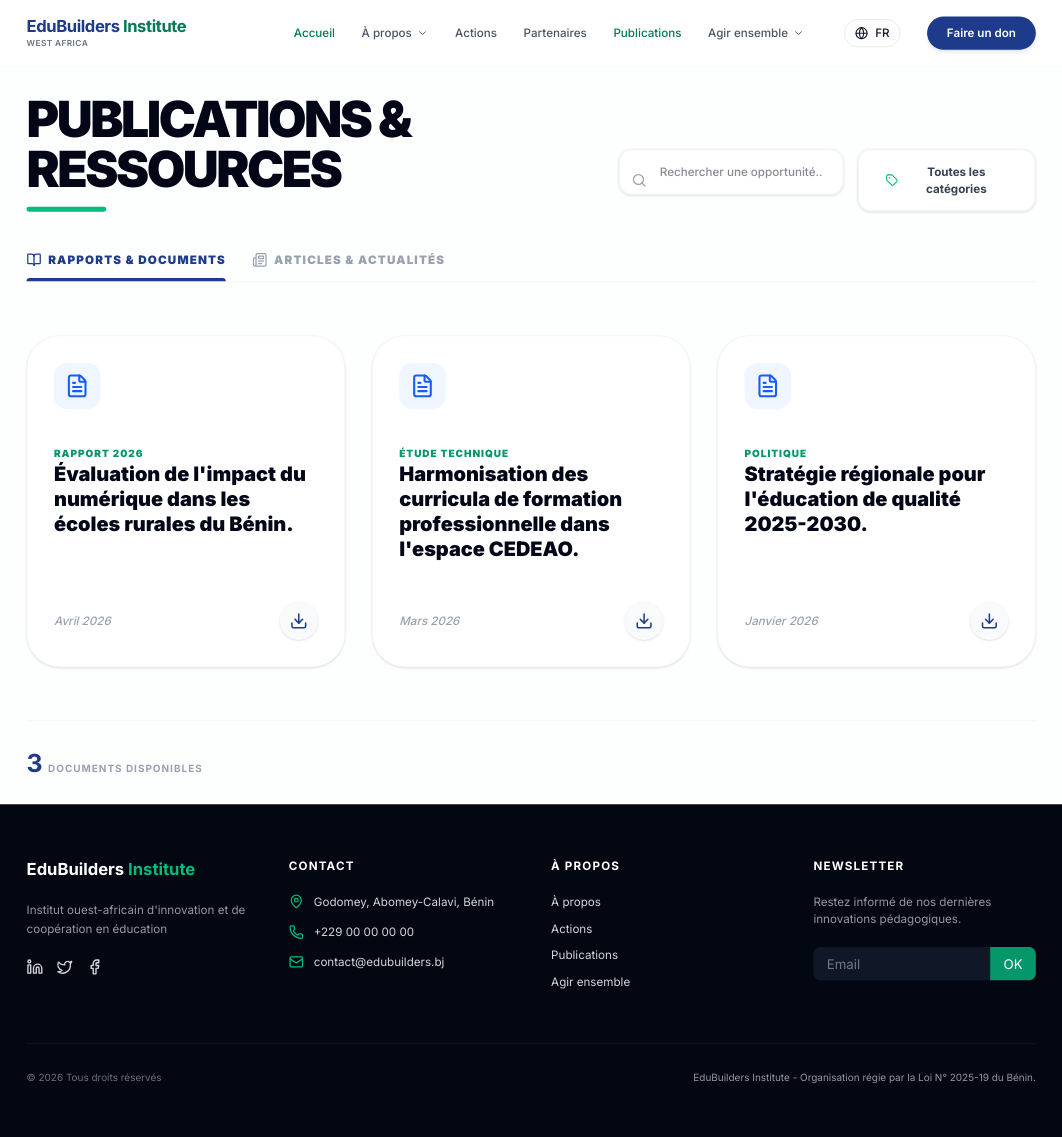
Repository: Julvano/edubuilders-website
Page: /fr/publications
These files come from the project's save history. The page is drawn as it stood at one moment and after the next save; the edit follows.
The browser window is 1280 px wide. The pictures show the whole page, at 83% of full size.
Some web fonts or font styles are not loaded; a fallback is used. The project was rebuilt for these pictures with package versions that can differ from the ones it lists, and the page was loaded fresh each time. Also part of the build but not shown: vite.config.ts, src/translations.ts, src/pages/Home.tsx, src/pages/Actions.tsx, src/pages/Partners.tsx, src/pages/VisionMission.tsx, src/pages/Objectives.tsx, src/pages/Join.tsx and 8 more.

Above is the page before, as saved 2026-04-28 14:59:00.

### index.html
<!doctype html>
<html lang="en">
  <head>
    <meta charset="UTF-8" />
    <meta name="viewport" content="width=device-width, initial-scale=1.0" />
    <meta name="description" content="EduBuilders Institute - Institut ouest-africain d'innovation et de coopération en éducation. Transforming West African education through innovation and cooperation." />
    <meta name="keywords" content="Education, Benin, West Africa, NGO, Pedagogy, Innovation, Teacher Training" />
    <meta property="og:title" content="EduBuilders Institute" />
    <meta property="og:description" content="Innovation and Cooperation for Quality Education in West Africa." />
    <meta property="og:type" content="website" />
    <title>EduBuilders Institute | Innovation & Coopératiton en Éducation</title>
  </head>
  <body>
    <div id="root"></div>
    <script type="module" src="/src/main.tsx"></script>
  </body>
</html>

### src/main.tsx
import {StrictMode} from 'react';
import {createRoot} from 'react-dom/client';
import App from './App.tsx';
import './index.css';

createRoot(document.getElementById('root')!).render(
  <StrictMode>
    <App />
  </StrictMode>,
);

### src/index.css
@import url('https://fonts.googleapis.com/css2?family=Inter:wght@300;400;500;600;700;800;900&family=Playfair+Display:ital,wght@0,900;1,900&display=swap');
@import "tailwindcss";
@plugin "@tailwindcss/typography";

@theme {
  --font-sans: "Inter", ui-sans-serif, system-ui, sans-serif;
  --font-serif: "Playfair Display", serif;

  --color-blue-950: #020617;
  --color-blue-900: #1e3a8a;
  --color-emerald-600: #059669;
  --color-emerald-700: #047857;
}

body {
  @apply font-sans text-gray-900 antialiased bg-white;
}

/* Custom underline for active links if needed */
.nav-link-active {
  @apply text-emerald-700;
}

### src/components/LanguageContext.tsx

import React, { createContext, useContext, useEffect, useState, ReactNode } from 'react';
import { useLocation, useNavigate, useParams } from 'react-router-dom';
import { Language, Content, translations } from '../translations';

interface LanguageContextType {
  language: Language;
  content: Content;
  setLanguage: (lang: Language) => void;
  toggleLanguage: () => void;
  langPath: (path: string) => string;
}

const LanguageContext = createContext<LanguageContextType | undefined>(undefined);

export const LanguageProvider: React.FC<{ children: ReactNode }> = ({ children }) => {
  const { lang } = useParams<{ lang: string }>();
  const navigate = useNavigate();
  const location = useLocation();
  const [language, setLanguageState] = useState<Language>((lang as Language) || 'fr');

  useEffect(() => {
    if (lang && (lang === 'fr' || lang === 'en') && lang !== language) {
      setLanguageState(lang as Language);
    }
  }, [lang, language]);

  const setLanguage = (newLang: Language) => {
    // Replace the language segment in the URL
    const pathSegments = location.pathname.split('/').filter(Boolean);
    if (pathSegments.length > 0 && (pathSegments[0] === 'fr' || pathSegments[0] === 'en')) {
      pathSegments[0] = newLang;
    } else {
      pathSegments.unshift(newLang);
    }
    navigate(`/${pathSegments.join('/')}${location.search}${location.hash}`);
  };

  const toggleLanguage = () => {
    setLanguage(language === 'fr' ? 'en' : 'fr');
  };

  const langPath = (path: string) => {
    // Ensure path starts with / and doesn't already have the lang segment
    const cleanPath = path.startsWith('/') ? path : `/${path}`;
    return `/${language}${cleanPath}`;
  };

  const value = {
    language,
    content: translations[language],
    setLanguage,
    toggleLanguage,
    langPath,
  };

  return (
    <LanguageContext.Provider value={value}>
      {children}
    </LanguageContext.Provider>
  );
};

export const useLanguage = () => {
  const context = useContext(LanguageContext);
  if (context === undefined) {
    throw new Error('useLanguage must be used within a LanguageProvider');
  }
  return context;
};

### src/pages/Publications.tsx

import React, { useState } from 'react';
import { useLanguage } from '../components/LanguageContext';
import { motion, AnimatePresence } from 'motion/react';
import {
  FileText,
  Download,
  Search,
  Calendar,
  Clock,
  ArrowRight,
  Tag,
  MapPin,
  BookOpen,
  Newspaper
} from 'lucide-react';
import { Link } from 'react-router-dom';

// Mock Data
const DOCUMENTS = [
  {
    id: 'd1',
    label: { fr: "RAPPORT 2026", en: "REPORT 2026" },
    title: {
      fr: "Évaluation de l'impact du numérique dans les écoles rurales du Bénin.",
      en: "Evaluation of the impact of digital technology in rural schools in Benin."
    },
    date: { fr: "Avril 2026", en: "April 2026" }
  },
  {
    id: 'd2',
    label: { fr: "ÉTUDE TECHNIQUE", en: "TECHNICAL STUDY" },
    title: {
      fr: "Harmonisation des curricula de formation professionnelle dans l'espace CEDEAO.",
      en: "Harmonization of vocational training curricula in the ECOWAS region."
    },
    date: { fr: "Mars 2026", en: "March 2026" }
  },
  {
    id: 'd3',
    label: { fr: "POLITIQUE", en: "POLICY" },
    title: {
      fr: "Stratégie régionale pour l'éducation de qualité 2025-2030.",
      en: "Regional strategy for quality education 2025-2030."
    },
    date: { fr: "Janvier 2026", en: "January 2026" }
  }
];

const ARTICLES = [
  {
    id: '1',
    title: {
      fr: "10 bourses de formation professionnelle en audiovisuel et numérique",
      en: "10 vocational training scholarships in audiovisual and digital"
    },
    excerpt: {
      fr: "Le CFOMAN-DAABAARU lance un appel à candidatures pour 10 bourses de formation professionnelle en audiovisuel et numérique.",
      en: "CFOMAN-DAABAARU is launching a call for applications for 10 vocational training scholarships in audiovisual and digital media."
    },
    category: { fr: "Bourses", en: "Scholarships" },
    location: { fr: "Bénin", en: "Benin" },
    date: "17 avril 2026",
    readingTime: "5",
    image: "https://images.unsplash.com/photo-1522202176988-66273c2fd55f?q=80&w=2071&auto=format&fit=crop"
  },
  {
    id: '2',
    title: {
      fr: "National Endowment for Democracy (NED) lance son Programme de subventions",
      en: "National Endowment for Democracy (NED) launches its Grants Program"
    },
    excerpt: {
      fr: "Le National Endowment for Democracy offre plus de 2000 subventions pour soutenir des projets démocratiques dans plus de 100 pays.",
      en: "The National Endowment for Democracy offers more than 2,000 grants to support democratic projects in more than 100 countries."
    },
    category: { fr: "Subventions", en: "Grants" },
    location: { fr: "Afrique", en: "Africa" },
    date: "14 avril 2026",
    readingTime: "8",
    image: "https://images.unsplash.com/photo-1577962917302-cd874c4e31d2?q=80&w=2070&auto=format&fit=crop"
  },
  {
    id: '3',
    title: {
      fr: "Concours ESMT Dakar 2026 : Recrutement Licence, Master et...",
      en: "ESMT Dakar 2026 Competition: Recruitment License, Master and..."
    },
    excerpt: {
      fr: "Le gouvernement béninois lance le concours d'entrée à l'ESMT Dakar pour l'année 2026-2027.",
      en: "The Beninese government is launching the entry competition for ESMT Dakar for the year 2026-2027."
    },
    category: { fr: "Concours", en: "Competition" },
    location: { fr: "Bénin", en: "Benin" },
    date: "14 avril 2026",
    readingTime: "1",
    image: "https://images.unsplash.com/photo-1456513080510-7bf3a84b82f8?q=80&w=1973&auto=format&fit=crop"
  }
];

const DocumentCard: React.FC<{ doc: typeof DOCUMENTS[0], lang: 'fr' | 'en' }> = ({ doc, lang }) => (
  <div className="bg-white rounded-[2.5rem] shadow-sm border border-gray-100 p-8 flex flex-col h-full hover:shadow-xl transition-all duration-300">
    <div className="w-14 h-14 bg-blue-50 text-blue-600 rounded-2xl flex items-center justify-center mb-10">
      <FileText size={30} />
    </div>

    <div className="flex-grow space-y-4">
      <span className="text-xs font-black text-emerald-600 uppercase tracking-widest leading-none">
        {doc.label[lang]}
      </span>
      <h3 className="text-2xl font-black text-blue-950 leading-tight">
        {doc.title[lang]}
      </h3>
    </div>

    <div className="mt-12 flex items-center justify-between">
      <span className="text-sm font-medium text-gray-400 italic">
        {doc.date[lang]}
      </span>
      <button className="p-3 bg-gray-50 text-blue-900 rounded-full hover:bg-blue-900 hover:text-white transition-all shadow-sm">
        <Download size={22} />
      </button>
    </div>
  </div>
);

const ArticleCard: React.FC<{ article: typeof ARTICLES[0], lang: 'fr' | 'en', t: any, langPath: (p: string) => string }> = ({ article, lang, t, langPath }) => (
  <div className="bg-white rounded-[2.5rem] shadow-sm border border-gray-100 overflow-hidden group hover:shadow-xl transition-all duration-300 h-full flex flex-col">
    <div className="relative aspect-video overflow-hidden">
      <img
        src={article.image}
        alt={article.title[lang]}
        className="w-full h-full object-cover transition-transform duration-700 group-hover:scale-110"
        referrerPolicy="no-referrer"
      />
      <div className="absolute top-4 left-4 flex gap-2">
         <span className="px-3 py-1.5 bg-blue-600 text-white text-[10px] font-black uppercase rounded-lg shadow-lg shadow-blue-900/20">
            {article.category[lang]}
         </span>
         <span className="px-3 py-1.5 bg-white text-gray-700 text-[10px] font-black uppercase rounded-lg flex items-center gap-1 shadow-lg">
            <MapPin size={10} />
            {article.location[lang]}
         </span>
      </div>
    </div>

    <div className="p-8 space-y-6 flex-grow flex flex-col">
      <div className="flex items-center gap-4 text-xs font-medium text-gray-400">
        <div className="flex items-center gap-1.5">
           <Calendar size={14} className="text-emerald-500" />
           <span>{article.date}</span>
        </div>
        <div className="flex items-center gap-1.5">
           <Clock size={14} className="text-emerald-500" />
           <span>{article.readingTime} {t.publications.readingTime}</span>
        </div>
      </div>

      <h3 className="text-xl font-black text-blue-900 leading-tight group-hover:text-emerald-700 transition-colors">
        {article.title[lang]}
      </h3>

      <p className="text-sm text-gray-600 leading-relaxed font-medium line-clamp-3">
        {article.excerpt[lang]}
      </p>

      <div className="pt-4 mt-auto border-t border-gray-50">
        <Link
          to={langPath(`/publications/article/${article.id}`)}
          className="inline-flex items-center gap-2 text-blue-600 font-black text-sm uppercase tracking-wider hover:text-emerald-700 transition-colors group/link"
        >
          {t.publications.readMore}
          <ArrowRight size={16} className="group-hover/link:translate-x-1 transition-transform" />
        </Link>
      </div>
    </div>
  </div>
);

const Publications: React.FC = () => {
  const { language, content: t, langPath } = useLanguage();
  const [activeTab, setActiveTab] = useState<'documents' | 'articles'>('documents');
  const [searchQuery, setSearchQuery] = useState('');

  return (
    <div className="py-5 lg:py-8 bg-gray-50/30">
      <div className="max-w-7xl mx-auto px-4 sm:px-6 lg:px-8">

        {/* Header with Search & Tabs */}
        <div className="space-y-12 mb-16">
          <div className="flex flex-col lg:flex-row lg:items-end justify-between gap-8">
            <div className="space-y-4">
              <h1 className="text-5xl lg:text-6xl font-black text-blue-950 uppercase tracking-tighter">
                {t.publications.title}
              </h1>
              <div className="w-24 h-1.5 bg-emerald-500 rounded-full" />
            </div>

            <div className="flex flex-col sm:flex-row gap-4 w-full lg:w-auto">
              <div className="relative flex-grow sm:w-80">
                <Search className="absolute left-4 top-1/2 -translate-y-1/2 text-gray-400" size={18} />
                <input
                  type="text"
                  placeholder={t.publications.filterPlaceholder}
                  value={searchQuery}
                  onChange={(e) => setSearchQuery(e.target.value)}
                  className="w-full pl-12 pr-6 py-4 bg-white border-2 border-gray-100 rounded-2xl focus:border-blue-900 outline-none transition-all shadow-sm font-medium text-sm"
                />
              </div>
              <button className="flex items-center justify-center gap-2 px-8 py-4 bg-white border-2 border-gray-100 text-gray-700 font-bold rounded-2xl hover:border-emerald-500 transition-all shadow-sm text-sm">
                <Tag size={18} className="text-emerald-500" />
                {t.publications.allCategories}
              </button>
            </div>
          </div>

          <div className="flex border-b border-gray-100 gap-8">
             <button
               onClick={() => setActiveTab('documents')}
               className={`pb-4 text-sm font-black uppercase tracking-widest flex items-center gap-2 transition-all relative ${
                 activeTab === 'documents' ? 'text-blue-900' : 'text-gray-400 hover:text-gray-600'
               }`}
             >
               <BookOpen size={18} />
               {t.publications.documentsLabel}
               {activeTab === 'documents' && (
                 <motion.div layoutId="tab" className="absolute bottom-0 left-0 right-0 h-1 bg-blue-900 rounded-t-full" />
               )}
             </button>
             <button
               onClick={() => setActiveTab('articles')}
               className={`pb-4 text-sm font-black uppercase tracking-widest flex items-center gap-2 transition-all relative ${
                 activeTab === 'articles' ? 'text-blue-900' : 'text-gray-400 hover:text-gray-600'
               }`}
             >
               <Newspaper size={18} />
               {t.publications.articlesLabel}
               {activeTab === 'articles' && (
                 <motion.div layoutId="tab" className="absolute bottom-0 left-0 right-0 h-1 bg-blue-900 rounded-t-full" />
               )}
             </button>
          </div>
        </div>

        {/* Grid Display */}
        <AnimatePresence mode="wait">
          <motion.div
            key={activeTab}
            initial={{ opacity: 0, y: 10 }}
            animate={{ opacity: 1, y: 0 }}
            exit={{ opacity: 0, y: -10 }}
            transition={{ duration: 0.3 }}
            className="grid grid-cols-1 md:grid-cols-2 lg:grid-cols-3 gap-8"
          >
            {activeTab === 'documents' ? (
              DOCUMENTS.map(doc => (
                <DocumentCard key={doc.id} doc={doc} lang={language} />
              ))
            ) : (
              ARTICLES.map(article => (
                <ArticleCard key={article.id} article={article} lang={language} t={t} langPath={langPath} />
              ))
            )}
          </motion.div>
        </AnimatePresence>

        {/* Counter */}
        <div className="mt-16 pt-8 border-t border-gray-100">
           <p className="text-blue-900 font-bold">
             <span className="text-3xl tracking-tighter">
               {activeTab === 'documents' ? DOCUMENTS.length : ARTICLES.length}
             </span>
             <span className="ml-2 uppercase text-xs tracking-widest text-gray-400">
               {activeTab === 'documents' ? 'documents disponibles' : 'opportunités identifiées'}
             </span>
           </p>
        </div>
      </div>
    </div>
  );
};

export default Publications;

Loaded but not shown: src/components/Navbar.tsx (249 lines, source omitted); src/App.tsx (115 lines, source omitted); src/components/Footer.tsx (84 lines, source omitted)

After the next save:
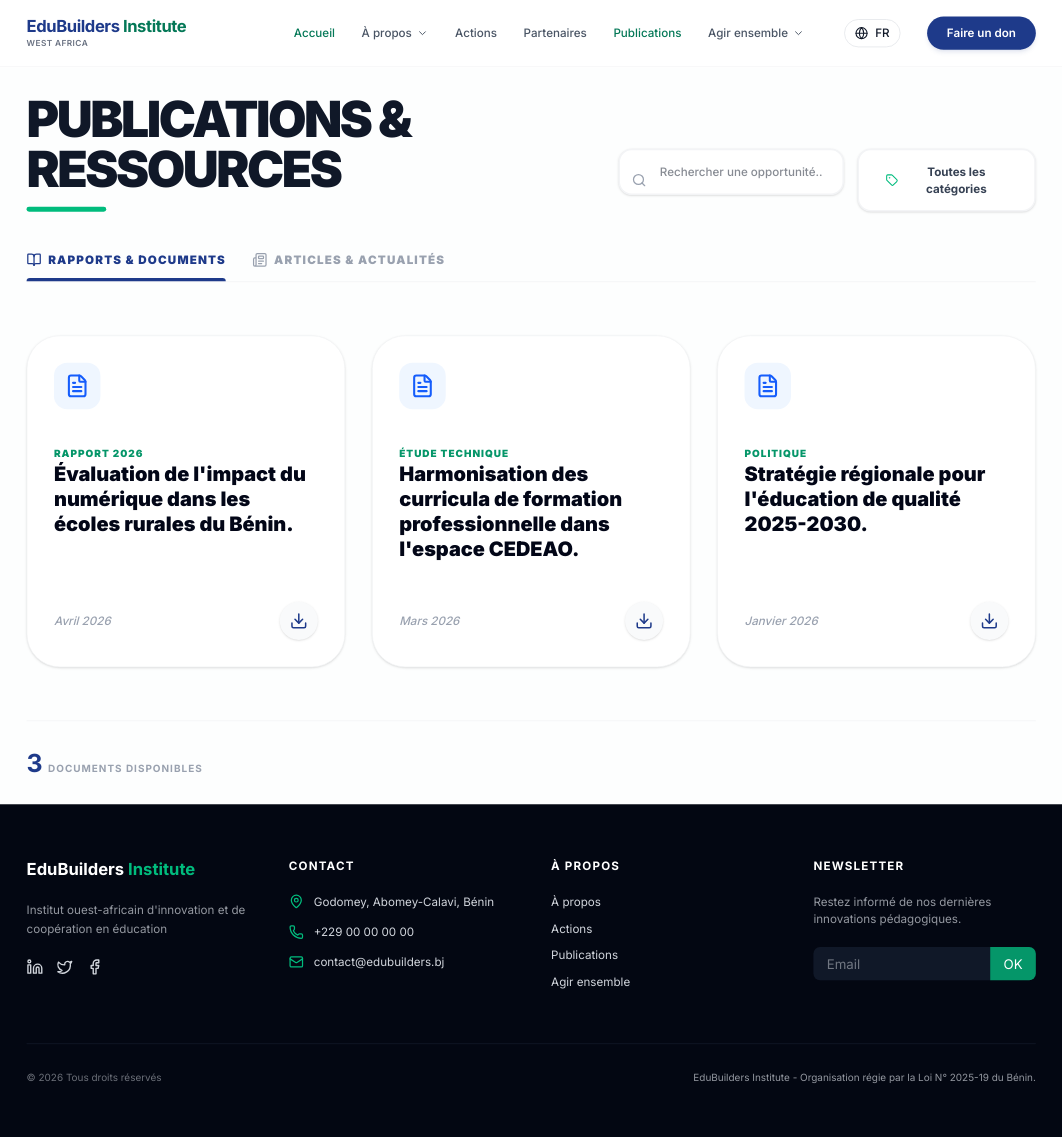
Saved 13 s later.
--- a/src/pages/Publications.tsx
+++ b/src/pages/Publications.tsx
@@ -190,7 +190,7 @@
         <div className="space-y-12 mb-16">
           <div className="flex flex-col lg:flex-row lg:items-end justify-between gap-8">
             <div className="space-y-4">
-              <h1 className="text-5xl lg:text-6xl font-black text-blue-950 uppercase tracking-tighter">
+              <h1 className="text-5xl lg:text-6xl font-black text-blue-550 uppercase tracking-tighter">
                 {t.publications.title}
               </h1>
               <div className="w-24 h-1.5 bg-emerald-500 rounded-full" />

After the save that followed:
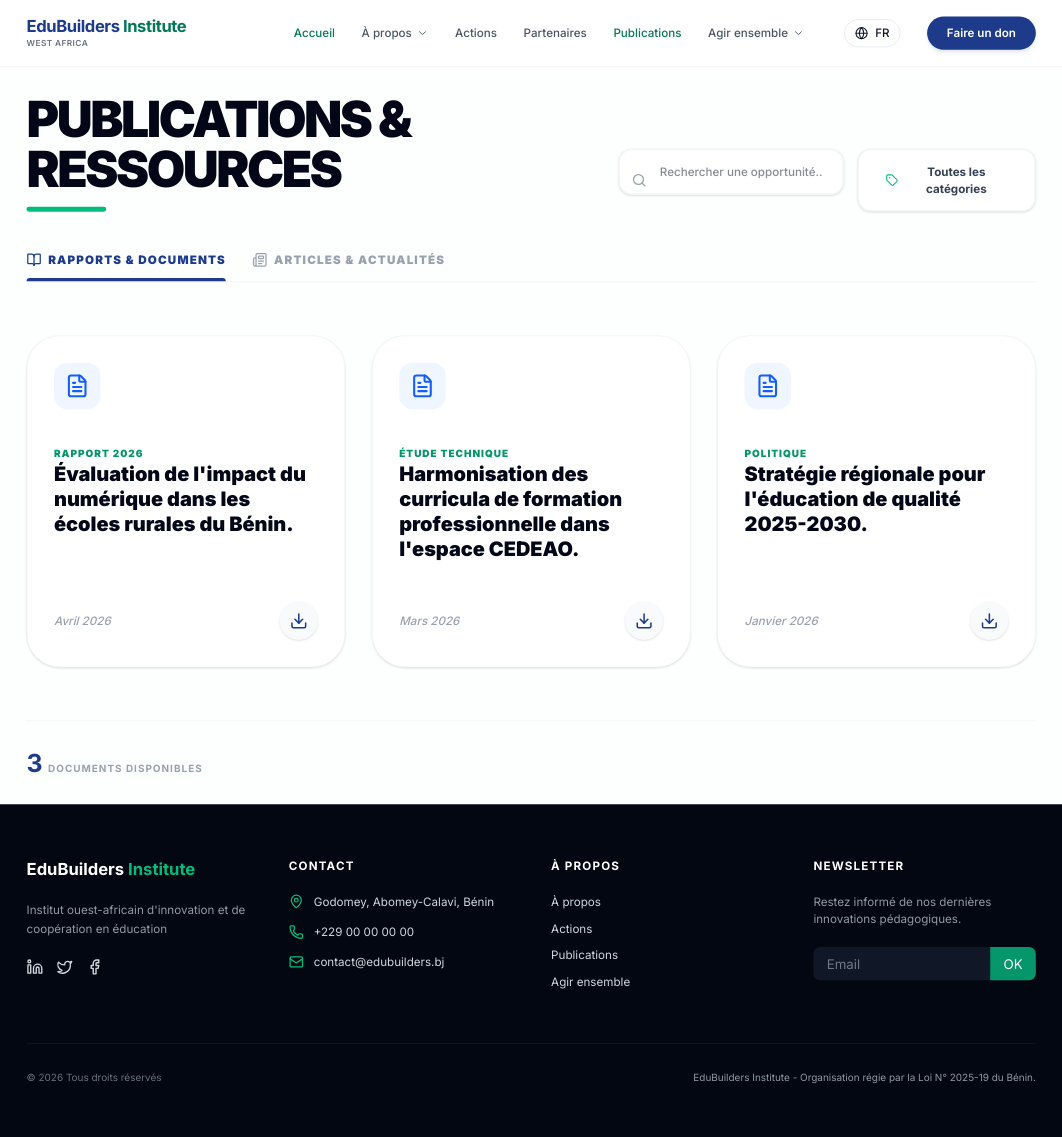
Saved 23 s later.
--- a/src/pages/Publications.tsx
+++ b/src/pages/Publications.tsx
@@ -190,7 +190,7 @@
         <div className="space-y-12 mb-16">
           <div className="flex flex-col lg:flex-row lg:items-end justify-between gap-8">
             <div className="space-y-4">
-              <h1 className="text-5xl lg:text-6xl font-black text-blue-550 uppercase tracking-tighter">
+              <h1 className="text-5xl lg:text-6xl font-black text-blue-950 uppercase tracking-tighter">
                 {t.publications.title}
               </h1>
               <div className="w-24 h-1.5 bg-emerald-500 rounded-full" />
